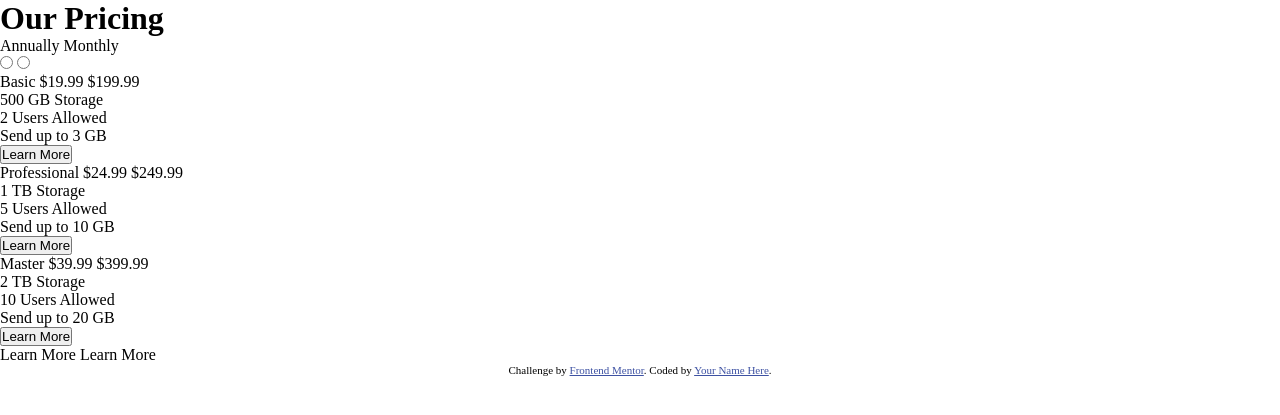
Repository: JuzzJoel/pricing-component-with-toggle-master
Page: index.html
The author's editor kept a copy of each file at every save. The page is drawn from the files as they stood at one save, then again after the next save.
The browser window is 1280 px wide. The pictures show the whole page.

Above is the page before, as saved 2025-05-24 07:51:41.

After the next save:
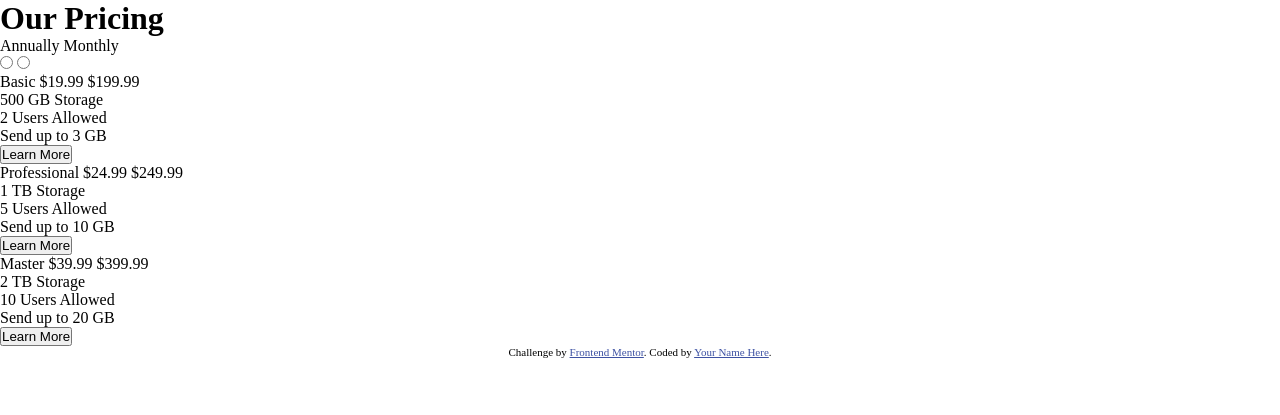
Saved 5 s later.
--- a/index.html
+++ b/index.html
@@ -92,27 +92,6 @@
     </div>
   </div>
 
-
-
-
-
-
-
-
-
-
-
-
-
-
-  Learn More
-
-
-
-
-
-  Learn More
-
   <div class="attribution">
     Challenge by <a href="https://www.frontendmentor.io?ref=challenge" target="_blank">Frontend Mentor</a>.
     Coded by <a href="#">Your Name Here</a>.
